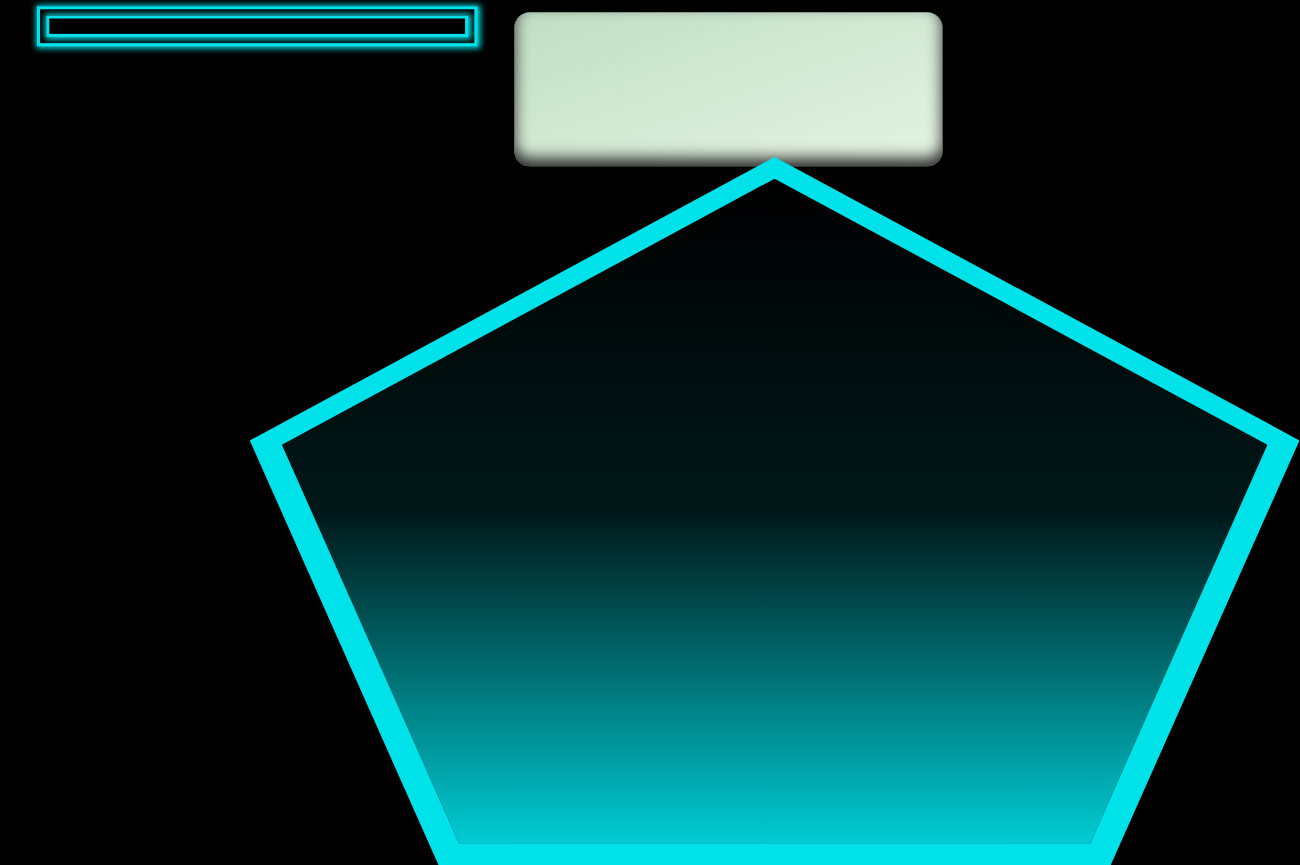
Repository: KhangNguyen3006/WebUI-UX
Page: /
These files come from the project's save history. The page is drawn as it stood at one moment and after the next save; the edit follows.
The browser window is 1280 px wide. The page is 1688 px wide, then 1642 px, then 1688 px, so the pictures cover 1688 px, including what lies to the right of the window. The pictures show the whole page, at 77% of full size.
The project was rebuilt for these pictures with package versions that can differ from the ones it lists, and the page was loaded fresh each time. Also part of the build but not shown: src/App.css.

Above is the page before, as saved 2023-05-04 02:36:58.

### src/index.js
import React from 'react';
import ReactDOM from 'react-dom';
import './index.css';
import App from './App';
import reportWebVitals from './reportWebVitals';
import 'bootstrap/dist/css/bootstrap.min.css';
import './assets/css/Custom.css';

const root = ReactDOM.createRoot(document.getElementById('root'));
root.render(
  <React.StrictMode>
    <App />
  </React.StrictMode>
);

// If you want to start measuring performance in your app, pass a function
// to log results (for example: reportWebVitals(console.log))
// or send to an analytics endpoint. Learn more: https://bit.ly/CRA-vitals
reportWebVitals();

### src/App.js

import './App.css';
import HomePage from './pages/HomePage';

function App() {
  return (
    <div>
      <HomePage />
    </div>
  );
}

export default App

### src/assets/css/Custom.css
@import url(Home.css);
@import url(Rectangle.css);
@import url(Rectangle-linear-gradient.css);
@import url(Pentagon.css);

body {
    margin: auto;
    padding: auto;
    background-color: #000;
}

* {
    box-sizing: border-box;
    width: auto;
    margin: auto;
    padding: 0;
}

### src/pages/HomePage.jsx
import React, { Component } from 'react'
import Home from '../components/home/Home'


class HomePage extends Component {
  render() {
    return (
      <div>
        <Home />
      </div>
    )
  }
}

export default HomePage

### src/assets/css/Home.css

.w-1200 {
    width: 1200px;
}

### src/assets/css/Rectangle.css
.rectangle {
    border: 4px solid #00E2EA;
    padding: 7px;
    box-shadow: 2px 1px 8px 3px #00E2EA;
}

.rectangle-mini {
    border: 4px solid #00E2EA;
    padding: 10px;
    box-shadow: 2px 1px 8px 3px #00E2EA;
}

### src/assets/css/Rectangle-linear-gradient.css
/* --------------------------------------------------------------------------- */

.rectangle-linear-gradient {
    height: 200px;
    border-radius: 20px;
    box-shadow: 0px -10px 20px rgba(41, 41, 41, 1) inset;
    background-image: linear-gradient(to bottom right, #C1DFC4, #E5F3E4);
}

### src/assets/css/Pentagon.css
.pentagon-main {
    /* position: relative; */
    display: flex;
    flex-direction: column;
    width: 344px;
    max-height: 290px;
    margin: 0 20px 130px;
}

.pentagon-main::before,
.pentagon-main::after {
    content: '';
}

.pentagon-main::before,
.pentagon-main::after {
    position: absolute;
    min-width: 100%;
    min-height: 120%;
    clip-path: polygon(50% 0%, 100% 40%, 82% 100%, 18% 100%, 0% 40%);
    z-index: 0;
}

.pentagon-main::before {
    background: #00E2EA;
    transform: scale(1.065);
}

.pentagon-main::after {
    background: #000;
    background-image: linear-gradient(to bottom, rgba(255, 0, 0, 0), rgba(0, 226, 234, 0.1), rgba(0, 226, 234, 0.9));
}

### src/components/home/Home.jsx
import React, { Component } from 'react'
import { Col, Row } from 'react-bootstrap'

class Home extends Component {
    render() {
        return (
            <div className='w-1200 d-flex flex-column'>
                <Row>

                    <Col sm={6}>
                        <div className="rectangle p-2 m-2">
                            <div className="rectangle-mini">
                            </div>
                        </div>
                    </Col>
                    <Col sm={6}>
                        <div className="rectangle-linear-gradient p-2 m-3">
                        </div>
                    </Col>

                    <Col sm={6}>
                        <div className="pentagon-main">
                        </div>
                    </Col>

                </Row>
            </div>
        )
    }
}

export default Home

Loaded but not shown: public/index.html (common file); src/index.css (common file); src/reportWebVitals.js (common file)

After the next save:
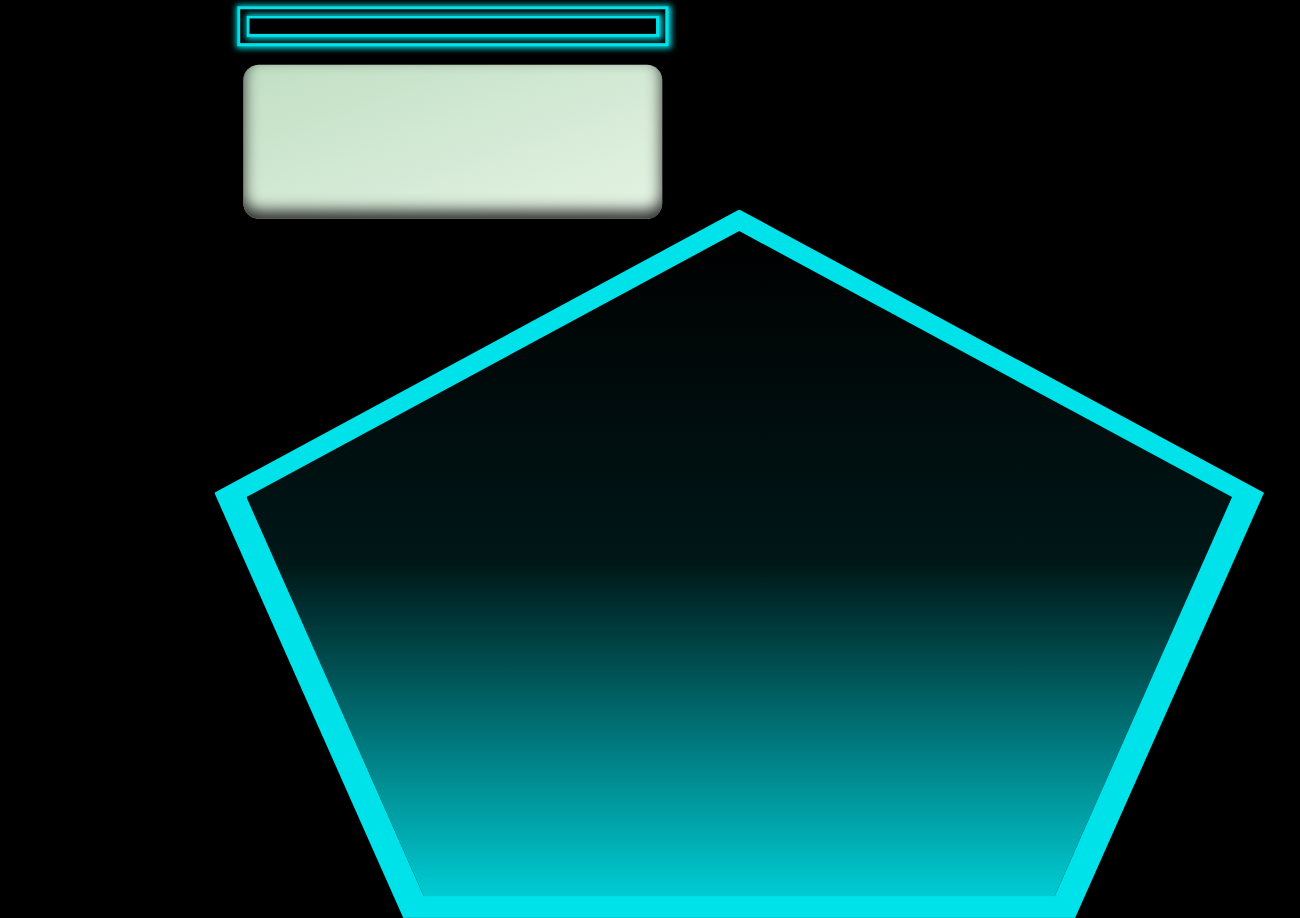
Saved 15 s later.
--- a/src/components/home/Home.jsx
+++ b/src/components/home/Home.jsx
@@ -4,8 +4,8 @@
 class Home extends Component {
     render() {
         return (
-            <div className='w-1200 d-flex flex-column'>
-                <Row>
+            <div>
+                <Row  className='w-1200 d-flex flex-column'>
 
                     <Col sm={6}>
                         <div className="rectangle p-2 m-2">

After the 2 saves that followed:
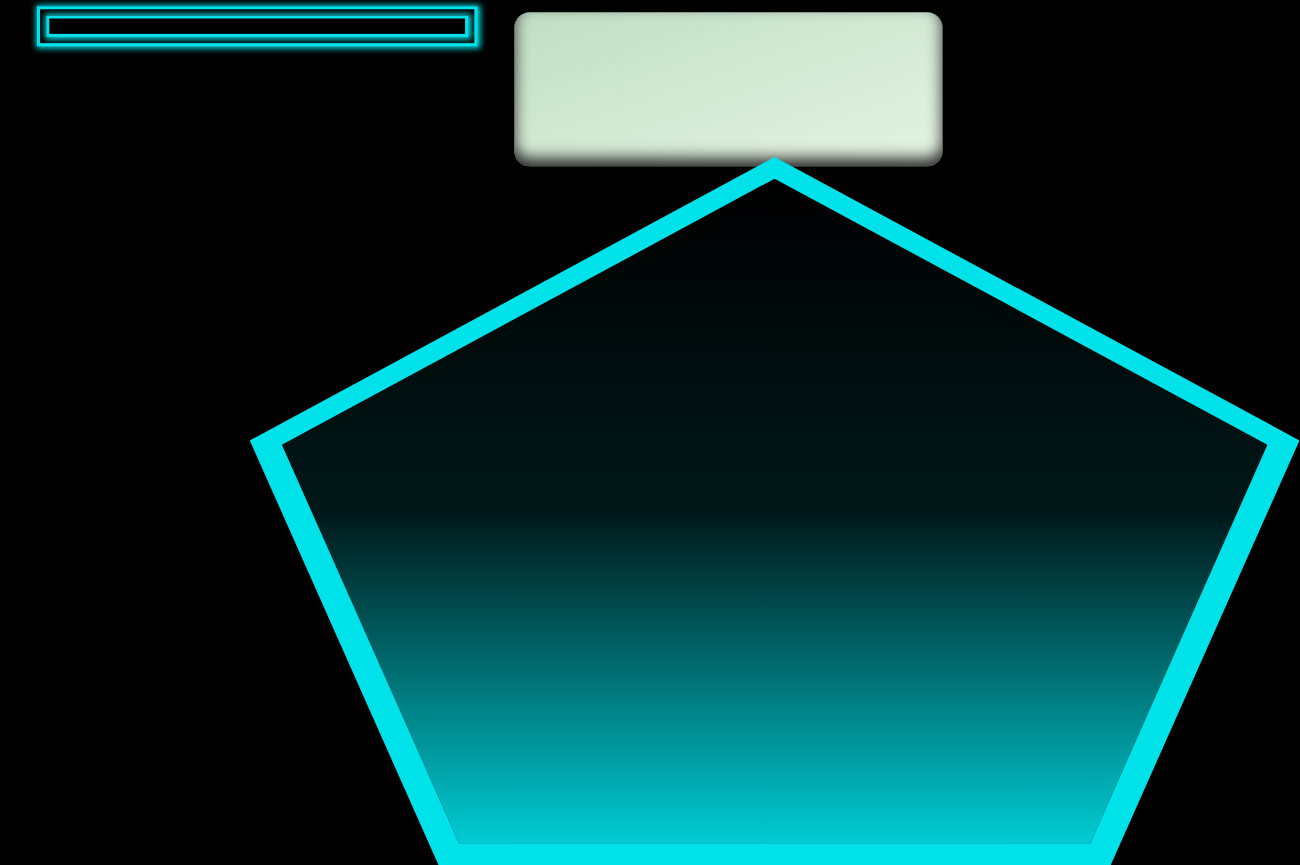
The 2 saves are shown as one change because they came seconds apart.
The last was saved 51 s later.
--- a/src/components/home/Home.jsx
+++ b/src/components/home/Home.jsx
@@ -4,8 +4,8 @@
 class Home extends Component {
     render() {
         return (
-            <div>
-                <Row  className='w-1200 d-flex flex-column'>
+            <div className='w-1200 d-flex flex-column'>
+                <Row  >
 
                     <Col sm={6}>
                         <div className="rectangle p-2 m-2">
